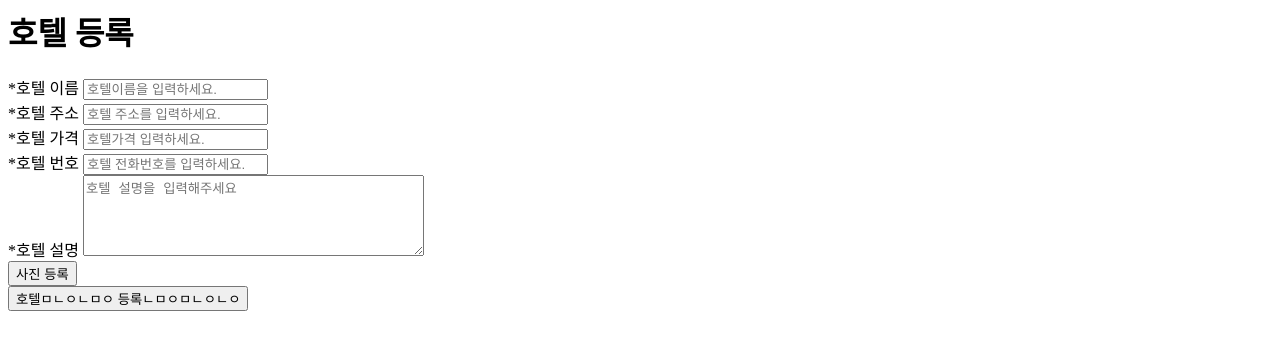
Repository: Wan7939/gotoDomang
Page: http://localhost/gotoDomang/WEB-INF/jsp/admin/hotel_registration.jsp
These files come from the project's save history. The page is drawn as it stood at one moment and after the next save; the edit follows.
The browser window is 1280 px wide. The pictures show the whole page.
The page is served by Tomcat 9. Nobody is signed in. Other server files are loaded and not shown. The template is opened directly, without the code that normally fills it, so the values that code supplies are empty.

Above is the page before, as saved 2021-10-20 12:07:23.

### gotoDomang/src/main/webapp/WEB-INF/jsp/admin/hotel_registration.jsp
<%@ page language="java" contentType="text/html; charset=UTF-8"
    pageEncoding="UTF-8"%>
<div class="d-flex justify-content-center ml-5">
	<div class="sign-up-box">
		<h1 class="mb-4">호텔 등록</h1>
		<div class="d-flex">
				<div>
					<span>*호텔 이름</span>
					<input type="text" id="hotelName" name="hotelName"
						class="form-control" placeholder="호텔이름을 입력하세요."><br>

					<span>*호텔 주소</span>
					<input type="text" id="location" name="location"
						class="form-control" placeholder="호텔 주소를 입력하세요."><br>

					<span>*호텔 가격</span>
					<input type="text" id="price" name="price"
						class="form-control" placeholder="호텔가격 입력하세요."><br>

					<span>*호텔 번호</span>
					<input type="text" id="hotelNumber" name="hotelNumber"
						class="form-control" placeholder="호텔 전화번호를 입력하세요."><br>


				</div>
				<div class="ml-4">
					<span>*호텔 설명</span>
					<textarea id="hotel-detail" rows="5" cols="40" class="form-control mt-2" placeholder="호텔 설명을 입력해주세요"></textarea>

					<div class="d-flex justify-content-end mt-5">
						<button id="writeBtn" class="btn btn-info  mt-5 ">사진 등록</button>
					</div>
				</div>
			</div>
			<div  class="d-flex justify-content-center">
				<button id="writeBtn" class="btn btn-info ">호텔ㅁㄴㅇㄴㅁㅇ 등록ㄴㅁㅇㅁㄴㅇㄴㅇ</button>
			</div>
	</div>
</div>

After the next save:
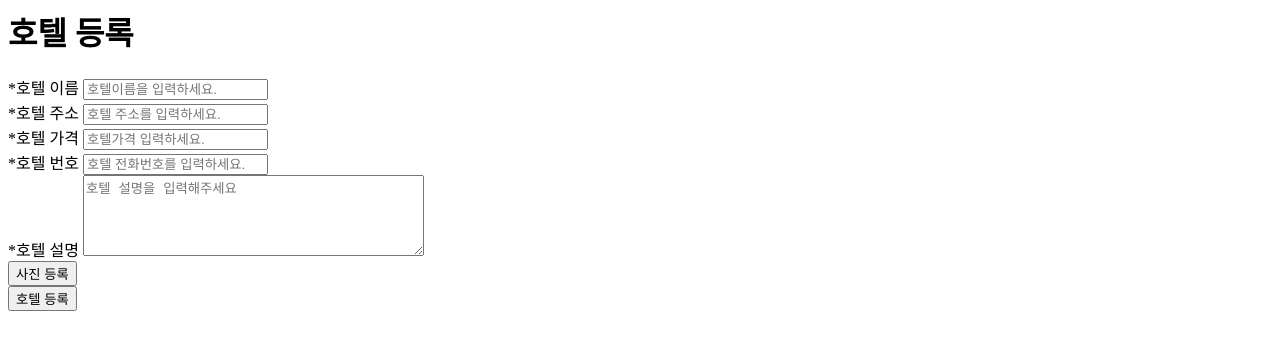
Saved 7 s later.
--- a/gotoDomang/src/main/webapp/WEB-INF/jsp/admin/hotel_registration.jsp
+++ b/gotoDomang/src/main/webapp/WEB-INF/jsp/admin/hotel_registration.jsp
@@ -33,7 +33,7 @@
 				</div>
 			</div>
 			<div  class="d-flex justify-content-center">
-				<button id="writeBtn" class="btn btn-info ">호텔ㅁㄴㅇㄴㅁㅇ 등록ㄴㅁㅇㅁㄴㅇㄴㅇ</button>
+				<button id="writeBtn" class="btn btn-info ">호텔 등록</button>
 			</div>
 	</div>
 </div>
